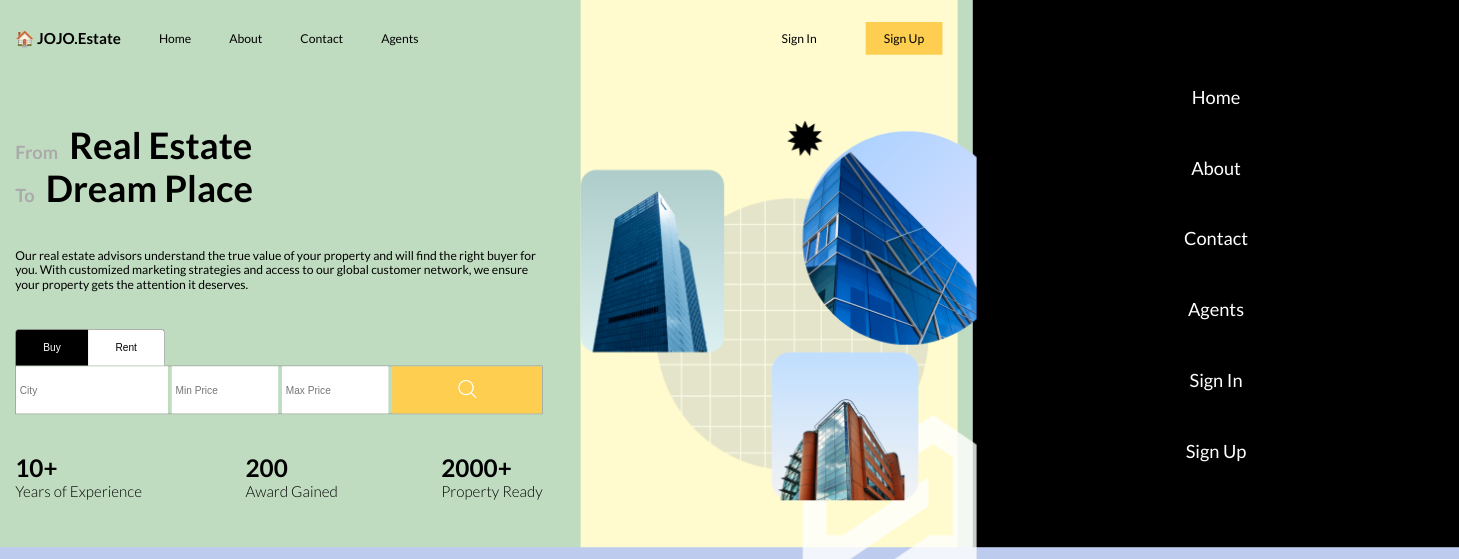
Repository: AiTrinh303/JOJO-estate
Page: /
An editor plug-in stored every save of this project. The page is shown before and after the next save, followed by the edit.
The browser window is 1280 px wide. The page is 1920 px wide, so the pictures cover 1920 px, including what lies to the right of the window. The pictures show the whole page, at 76% of full size.
The page's requests for data from a server got no answer. The project was rebuilt for these pictures with package versions that can differ from the ones it lists, and the page was loaded fresh each time. No one was signed in, and anything a server would have sent is missing. Also part of the build but not shown: vite.config.js, src/routes/listPage/listPage.scss, src/components/filter/filter.scss, src/components/filter/Filter.jsx, src/components/card/card.scss, src/components/card/Card.jsx, src/components/map/map.scss, src/components/pin/pin.scss and 21 more. Imported but missing from the stored project, and not drawn on this page: src/components/uploadWidget/UploadWidget.

Above is the page before, as saved 2024-08-06 21:46:17.

After the next save:
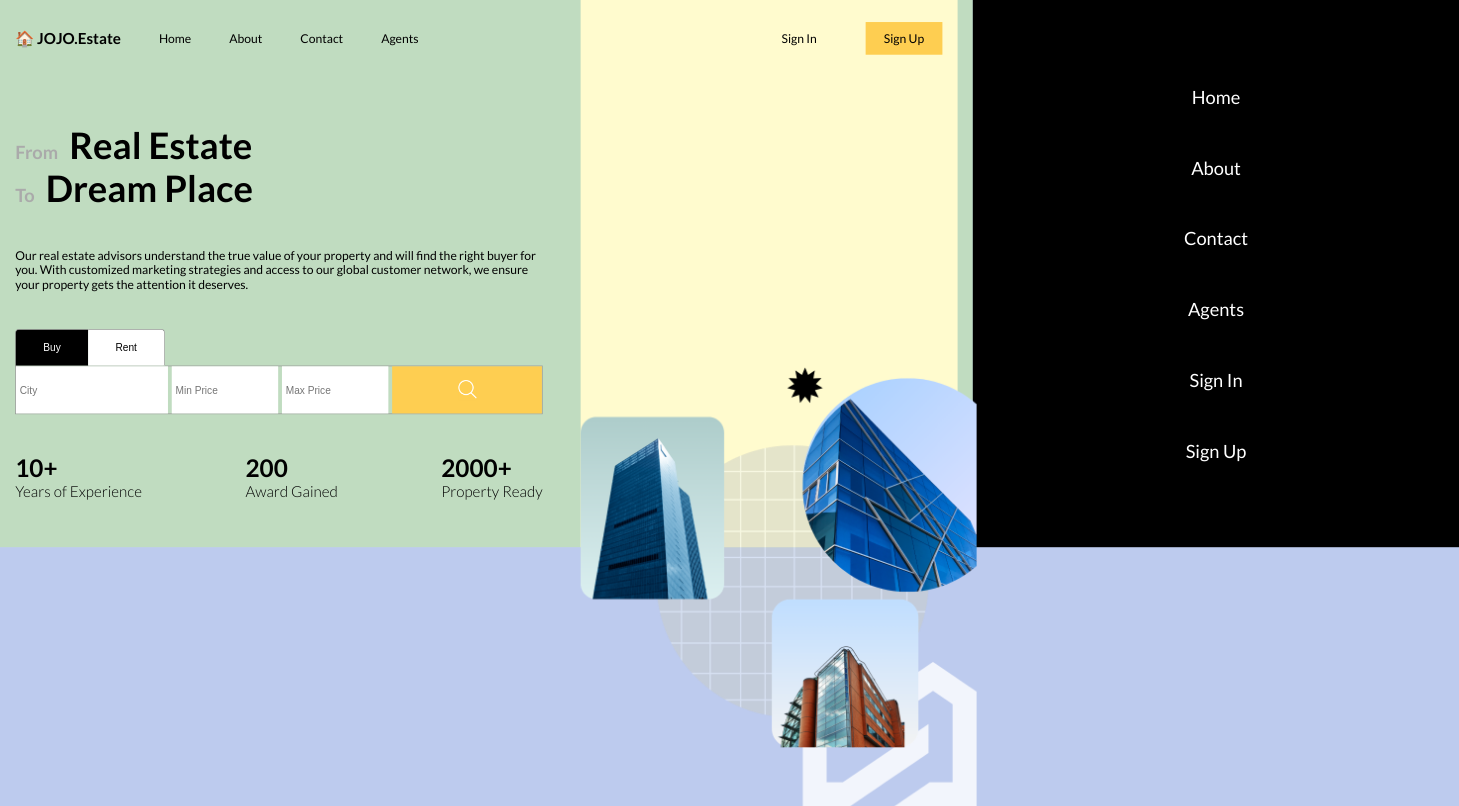
Saved 5 s later.
--- a/src/routes/homePage/homePage.scss
+++ b/src/routes/homePage/homePage.scss
@@ -84,7 +84,7 @@
     img {
       width: 115%;
       position: absolute;
-
+      top: 50%;
 
       @include lg {
         width: 105%;

After the save that followed:
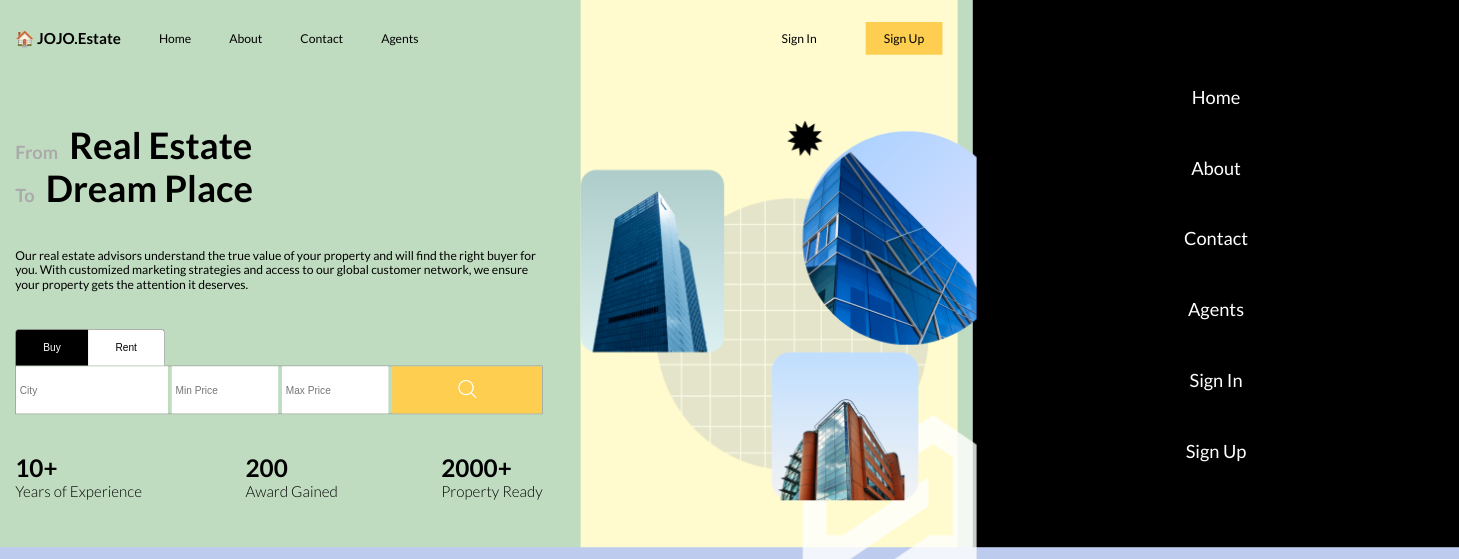
Saved 5 s later.
--- a/src/routes/homePage/homePage.scss
+++ b/src/routes/homePage/homePage.scss
@@ -84,7 +84,6 @@
     img {
       width: 115%;
       position: absolute;
-      top: 50%;
 
       @include lg {
         width: 105%;
